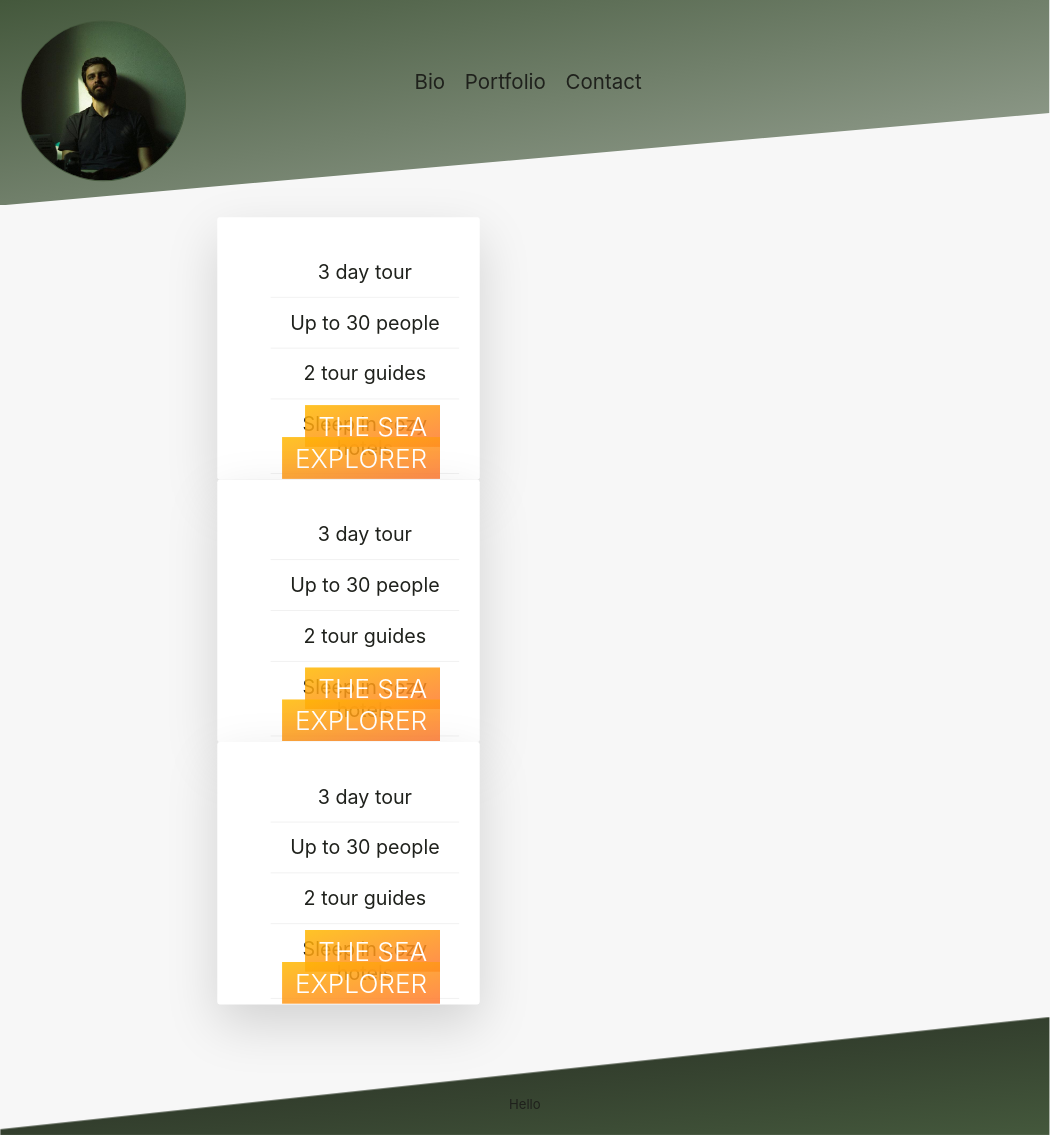
Repository: joeldelatte/react-portfolio
Page: /portfolio (app in client/)
An editor plug-in stored every save of this project. The page is shown before and after the next save, followed by the edit.
The browser window is 1280 px wide. The pictures show the whole page, at 82% of full size.
The project was rebuilt for these pictures with package versions that can differ from the ones it lists, and the page was loaded fresh each time. Also part of the build but not shown: client/src/App.css, client/src/Components/Bio/Bio.js, client/src/Components/Contact/Contact.js.

Above is the page before, as saved 2020-07-10 23:24:40.

### client/public/index.html
<!doctype html>
<html lang="en">
  <head>
    <meta charset="utf-8">
    <meta name="viewport" content="width=device-width, initial-scale=1, shrink-to-fit=no">
    <meta name="theme-color" content="#000000">
    <!--
      manifest.json provides metadata used when your web app is added to the
      homescreen on Android. See https://developers.google.com/web/fundamentals/engage-and-retain/web-app-manifest/
    -->
    <link rel="manifest" href="%PUBLIC_URL%/manifest.json">
    <link rel="shortcut icon" href="%PUBLIC_URL%/favicon.ico">
    <!--
      Notice the use of %PUBLIC_URL% in the tags above.
      It will be replaced with the URL of the `public` folder during the build.
      Only files inside the `public` folder can be referenced from the HTML.

      Unlike "/favicon.ico" or "favicon.ico", "%PUBLIC_URL%/favicon.ico" will
      work correctly both with client-side routing and a non-root public URL.
      Learn how to configure a non-root public URL by running `npm run build`.
    -->
    <title>Joel Delatte</title>
  </head>
  <body>
    <noscript>
      You need to enable JavaScript to run this app.
    </noscript>
    <div id="root"></div>
    <!--
      This HTML file is a template.
      If you open it directly in the browser, you will see an empty page.

      You can add webfonts, meta tags, or analytics to this file.
      The build step will place the bundled scripts into the <body> tag.

      To begin the development, run `npm start` or `yarn start`.
      To create a production bundle, use `npm run build` or `yarn build`.
    -->
  </body>
</html>

### client/src/index.css
body {
  height:100%;
  min-height: 100%;
  margin: 0;
  padding: 0;
  border: 0;
  font-family: -apple-system, BlinkMacSystemFont, 'Segoe UI', 'Roboto', 'Oxygen',
    'Ubuntu', 'Cantarell', 'Fira Sans', 'Droid Sans', 'Helvetica Neue',
    sans-serif;
  -webkit-font-smoothing: antialiased;
  -moz-osx-font-smoothing: grayscale;
  background-color: rgb(247, 247, 247);
  color: rgb(31,33,28);
}

code {
  font-family: source-code-pro, Menlo, Monaco, Consolas, 'Courier New',
    monospace;
}

### client/src/App.js
import React from 'react';
import {BrowserRouter as Router, Route, Switch, Link} from "react-router-dom";
import './App.css';
import Bio from "./Components/Bio/Bio";
import Nav from "./Page/Nav";
import Contact from "./Components/Contact/Contact";
import Portfolio from "./Components/Portfolio/Portfolio";

export default function App() {
  return (
    <>
      <Router>
        <Nav />
        <Switch>
          <Route exact path="/">
            <Bio />
          </Route>
          <Route exact path="/contact">
            <Contact />
          </Route>
          <Route exact path="/portfolio">
            <Portfolio />
          </Route>
        </Switch>
      </Router>
    </>
  );
}

### client/src/Page/Nav.js
import React from "react";
import {BrowserRouter as Router, Route, Switch, Link} from "react-router-dom";
import Avatar from "./Avatar";
import "./Page.css";

function Nav () {
    return (
      <div className="header">
        <Avatar />
        <div className="nav">
          <Link to="/">Bio</Link>
          <Link to="/portfolio">Portfolio</Link>
          <Link to="/contact">Contact</Link>
        </div>
      </div>
    );
};

export default Nav;

### client/src/Components/Portfolio/Portfolio.js
import React from "react";

import Dayplanner from "../Portfolio/images/dayplanner.png";
import NewsPaper from "../Portfolio/images/austin1.jpeg";
import Burger from "../Portfolio/images/burger.jpg"
import Knife from "../Portfolio/images/knife.png"

import './portfolio.css';

export default function Portfolio() {


    return (
      <>
        <div className="portfolio">
          {/* <h1>Here are some of my projects...</h1>
          <div className="projectBox">
            <a
              href="https://rocky-meadow-16617.herokuapp.com/"
              target="_blank"
              rel="noopener noreferrer"
            >
              <img className="projectPhoto" src={Knife}></img>
              <section className="projectLabel">Dinner Party</section>
            </a>
            <p>
              A party planner for home chefs. Post invitations or RSVP to
              parties. Uses MySql, Sequellize ORM, Express.js, React Node.
              <br></br>
              See the github repository{" "}
              <a href="https://github.com/joeldelatte/Poject_3_Dinner_Party">
                here
              </a>
              .
            </p>
          </div>
          <div className="projectBox">
            <a
              href="https://mmoritz8.github.io/Project-1/Joel_art/arts.html"
              target="_blank"
              rel="noopener noreferrer"
            >
              <img className="projectPhoto" src={NewsPaper}></img>
              <section className="projectLabel">Austin Tribune</section>
            </a>
            <p>
              A local news site built in a team environment using jQuery, Node,
              Express.js server and REST APIs.
              <br></br>
              See the github repository{" "}
              <a href="https://github.com/mmoritz8/Project-1">here</a>.
            </p>
          </div>
          <div className="projectBox">
            <a
              href="https://boiling-lowlands-78090.herokuapp.com/"
              target="_blank"
              rel="noopener noreferrer"
            >
              <img className="projectPhoto" src={Burger}></img>
              <section className="projectLabel">Burger-Time</section>
            </a>
            <p>
              A burger logger made with MySQL, a custom ORM, Node, Express, and
              Handlebars.
              <br></br>
              See the github repository{" "}
              <a href="https://github.com/joeldelatte/eat-da-burger">here</a>.
            </p>
          </div>
          <div className="projectBox">
            <a
              href="https://joeldelatte.github.io/day-planner/"
              target="_blank"
              rel="noopener noreferrer"
            >
              <img className="projectPhoto" src={Dayplanner}></img>
              <section className="projectLabel">Day Planner</section>
            </a>
            <p>
              Simple work-day planner application. Uses HTML, CSS, jQuery and
              the browser's local storage.
              <br></br>
              See the github repository{" "}
              <a href="https://github.com/joeldelatte/day-planner">here</a>.
            </p>
          </div> */}
          <div class="card">
            <div class="card__side card__side--front">
              <div class="card__picture card__picture--1">&nbsp;</div>
              <h4 class="card__heading">
                <span class="card__heading-span card__heading-span--1">
                  The Sea Explorer
                </span>
              </h4>
              <div class="card__details">
                <ul>
                  <li>3 day tour</li>
                  <li>Up to 30 people</li>
                  <li>2 tour guides</li>
                  <li>Sleep in cozy hotels</li>
                  <li>Easy tour</li>
                </ul>
              </div>
            </div>
            <div class="card__side card__side--back card__side--back-1">
              <div class="card__cta">
                <div class="card__price-box">
                  <p class="card__price-only">Only</p>
                  <p class="card__price-value">$297</p>
                </div>
                <a href="#" class="btn btn--white">
                  Book now!
                </a>
              </div>
            </div>
          </div>
          <div class="card">
            <div class="card__side card__side--front">
              <div class="card__picture card__picture--1">&nbsp;</div>
              <h4 class="card__heading">
                <span class="card__heading-span card__heading-span--1">
                  The Sea Explorer
                </span>
              </h4>
              <div class="card__details">
                <ul>
                  <li>3 day tour</li>
                  <li>Up to 30 people</li>
                  <li>2 tour guides</li>
                  <li>Sleep in cozy hotels</li>
                  <li>Easy tour</li>
                </ul>
              </div>
            </div>
            <div class="card__side card__side--back card__side--back-1">
              <div class="card__cta">
                <div class="card__price-box">
                  <p class="card__price-only">Only</p>
                  <p class="card__price-value">$297</p>
                </div>
                <a href="#" class="btn btn--white">
                  Book now!
                </a>
              </div>
            </div>
          </div>
          <div class="card">
            <div class="card__side card__side--front">
              <div class="card__picture card__picture--1">&nbsp;</div>
              <h4 class="card__heading">
                <span class="card__heading-span card__heading-span--1">
                  The Sea Explorer
                </span>
              </h4>
              <div class="card__details">
                <ul>
                  <li>3 day tour</li>
                  <li>Up to 30 people</li>
                  <li>2 tour guides</li>
                  <li>Sleep in cozy hotels</li>
                  <li>Easy tour</li>
                </ul>
              </div>
            </div>
            <div class="card__side card__side--back card__side--back-1">
              <div class="card__cta">
                <div class="card__price-box">
                  <p class="card__price-only">Only</p>
                  <p class="card__price-value">$297</p>
                </div>
                <a href="#" class="btn btn--white">
                  Book now!
                </a>
              </div>
            </div>
          </div>
        </div>
        <footer>Hello</footer>
      </>
    );
}

### client/src/Components/Bio/bio.css
.container {
    position: relative;
}

.bio {
    min-height: 100%;
    padding: 15px;
    max-width: 50%;
    margin: 0 auto;
    text-align: center;
    padding-bottom: -5rem;
}

.bio p {
    text-align: center;
}

footer {
  height: 3rem;
  padding-top: 6rem;
  /* background-color: rgb(68,88,60); */
  background-image: linear-gradient(to right bottom, rgba(31,33,28, 1), rgba(68,88,60, 0.501));
  -webkit-clip-path: polygon(0 95%, 100% 0, 100% 100%, 0 100%);
  clip-path: polygon(0 95%, 100% 0, 100% 100%, 0 100%);
  text-align: center;
}


    @media only screen and (max-width: 768px) {
        .viewContainer {
            margin-left: 110px;
        }
    }

### client/src/Page/Avatar.js
import React from "react";
import Portrait from "./images/joel_d.png"
import "./Page.css";

function Avatar () {

    return (
      <div>
          <img src={Portrait} alt="avatar"  className="avatar" />
      </div>
    );
};

export default Avatar;

### client/src/Page/Page.css
.header {
  height: 38%;
  background-image: linear-gradient(to right bottom, rgba(68,88,60, 1), rgba(68,88,60, 0.501));
  background-size: cover;
  background-position: top;
  position: relative;
  -webkit-clip-path: polygon(0 0, 100% 0, 100% 55%, 0 100%);
  clip-path: polygon(0 0, 100% 0, 100% 55%, 0 100%);
  position: relative;
}

  .avatar {
    border: 1px solid;
    border-color: rgb(68,88,60);
    display: inline;
    max-width: 200px;
    max-height: 200px;
    border-radius: 100%;
    margin: 25px;
    }

.nav {
    position: absolute;
    top: 40%;
    left: 50%;
    transform: translate(-50%, -50%);
    text-align: center;
}

.nav a {
    padding: 6px 8px 6px 16px;
    text-decoration: none;
    font-size: 25px;
    color: rgb(31,33,28);
    display: inline;
    text-align: center;
  }

.nav a:hover {
    color: #f1f1f1;
}

### client/src/Components/Contact/contact.css
.container {
  position: relative;
}
.contact {
    min-height: 100%;
    padding: 15px;
    max-width: 50%;
    margin: 0 auto;
    text-align: center;
    padding-bottom: -5rem;
}

.contact a {
  padding: 6px 8px 6px 16px;
  text-decoration: underline;
  font-size: 18px;
  color: black;
  display: block;
}

.contact a:hover {
  color: #818181;
}

.email-address {
  padding: 6px 8px 6px 16px;
  font-size: 18px;
}

input[type=text], select {
    width: 100%;
    padding: 12px 20px;
    margin: 8px 0;
    display: inline-block;
    border: 1px solid #ccc;
    border-radius: 4px;
    box-sizing: border-box;
  }

  input[type=submit] {
    width: 15%;
    background-color: #4CAF50;
    color: white;
    padding: 14px 20px;
    margin: 8px 0;
    border: none;
    border-radius: 4px;
    cursor: pointer;
  }

  input[type=submit]:hover {
    background-color: #45a049;
  }

textarea {
    width: 100%;
    height: 150px;
    margin: 8px 0;
    padding: 12px 20px;
    box-sizing: border-box;
    border: 1px solid #ccc;
    border-radius: 4px;
    resize: none;
  }

  footer {
    height: 3rem;
    padding-top: 6rem;
    background-color: rgb(68,88,60);
    background-image: linear-gradient(to right bottom, rgba(31,33,28, 0.901), rgba(68,88,60, 0.601));
    -webkit-clip-path: polygon(0 95%, 100% 0, 100% 100%, 0 100%);
    clip-path: polygon(0 95%, 100% 0, 100% 100%, 0 100%);
    text-align: center;
  }

  @media only screen and (max-width: 768px) {
    .contact {
      margin-left: 110px;
    }
  }

### client/src/Components/Portfolio/portfolio.css
.portfolio {
    margin-left: 250px;
    padding: 15px;
}

.portfolio h1 {
    margin-left: 20px;
}

.projectBox {
    width: 200px;
    height: 200px;
    /* float: left; */
    /* position: relative; */
    text-align: center;
    margin: 20px;
}

.projectText {
    width: 200px;
    height: 200px;
    /* float: left; */
    /* position: relative; */
    text-align: center;
    margin-top: 20px;
}

.projectLabel {
    color: #818181;
    text-align: center;
    font-size: large;
    background-color: #aed6f1;
    width: 200px;
    height: 30px;
    padding: 4;
    /* position: absolute;
    top: 80%;
    left: 50%; */
    transform: translate(-50%, -50%);

}

.projectPhoto {
    width: 200px;
    height: 200px;
    /* float: left;
    position: relative; */
    text-align: center;
}

.move {
    padding-left: 45px;
    box-sizing: content-box;
}

footer {
    height: 3rem;
    padding-top: 6rem;
    background-color: rgb(68,88,60);
    background-image: linear-gradient(to right bottom, rgba(31,33,28, 0.901), rgba(68,88,60, 0.601));
    -webkit-clip-path: polygon(0 95%, 100% 0, 100% 100%, 0 100%);
    clip-path: polygon(0 95%, 100% 0, 100% 100%, 0 100%);
    text-align: center;
  }

/* @media only screen and (max-width: 768px) {
    .move {
        padding-left: 130px;
        box-sizing: content-box;
    }
    .portfolio {
        margin-left: 110px;
    }

    .portfolio h1 {
        margin-left: 20px;
    }

    .projectBox {
        width: 200px;
        height: 200px;
        float: left;
        position: relative;
        text-align: center;
        margin: 20px 20px 150px 20px;

    }


}  */

/* .feature-box {
  background-color: rgba(255, 255, 255, 0.8);
  font-size: 1.5rem;
  padding: 2.5rem;
  text-align: center;
  border-radius: 3px;
  box-shadow: 0 1.5rem 4rem rgba(0, 0, 0, 0.15);
  transition: transform .3s; } */

  .card {
  /* perspective: 150rem;
  -moz-perspective: 150rem; */
  position: relative;
  height: 20rem;
  width: 20rem;
 }
  .card__side {
    height: 20rem;
    /* width: 20rem; */
    transition: all .8s ease;
    position: absolute;
    top: 0;
    left: 0;
    width: 100%;
    backface-visibility: hidden;
    border-radius: 3px;
    overflow: hidden;
    box-shadow: 0 1.5rem 4rem rgba(0, 0, 0, 0.15); }
    .card__side--front {
      background-color: #ffffff; }
    .card__side--back {
      transform: rotateY(180deg); }
      .card__side--back-1 {
        background-image: linear-gradient(to right bottom, #ffb900, #ff7730); }

  .card:hover .card__side--front {
    transform: rotateY(-180deg); }
  .card:hover .card__side--back {
    transform: rotateY(0); }
  /* .card__picture {
    background-size: cover;
    height: 23rem;
    background-blend-mode: screen;
    -webkit-clip-path: polygon(0 0, 100% 0, 100% 85%, 0 100%);
    clip-path: polygon(0 0, 100% 0, 100% 85%, 0 100%);
    border-top-left-radius: 3px;
    border-top-right-radius: 3px; }
    .card__picture--1 {
      background-image: linear-gradient(to right bottom, #ffb900, #ff7730) } */
    .card__heading {
    font-size: 2rem;
    font-weight: 300;
    text-transform: uppercase;
    text-align: right;
    color: #ffffff;
    position: absolute;
    top: 12rem;
    left: 2rem;
    width: 75%; }
  .card__heading-span {
    padding: .4rem 1rem;
    -webkit-box-decoration-break: clone;
    box-decoration-break: clone; }
    .card__heading-span--1 {
      background-image: linear-gradient(to right bottom, rgba(255, 185, 0, 0.85), rgba(255, 119, 48, 0.85)); }
    .card__details {
    padding: 1rem; }
    .card__details ul {
      list-style: none;
      width: 80%;
      margin: 0 auto; }
      .card__details ul li {
        text-align: center;
        font-size: 1.5rem;
        padding: 1rem; }
        .card__details ul li:not(:last-child) {
          border-bottom: 1px solid #eee; }
  .card__cta {
    position: absolute;
    top: 50%;
    left: 50%;
    transform: translate(-50%, -50%);
    width: 90%;
    text-align: center; }
  .card__price-box {
    text-align: center;
    color: #ffffff;
    margin-bottom: 8rem; }
  .card__price-only {
    font-size: 1.4rem;
    text-transform: uppercase; }
  .card__price-value {
    font-size: 3rem;
    font-weight: 100; }

Loaded but not shown: client/src/index.js (common file); client/src/serviceWorker.js (common file)

After the next save:
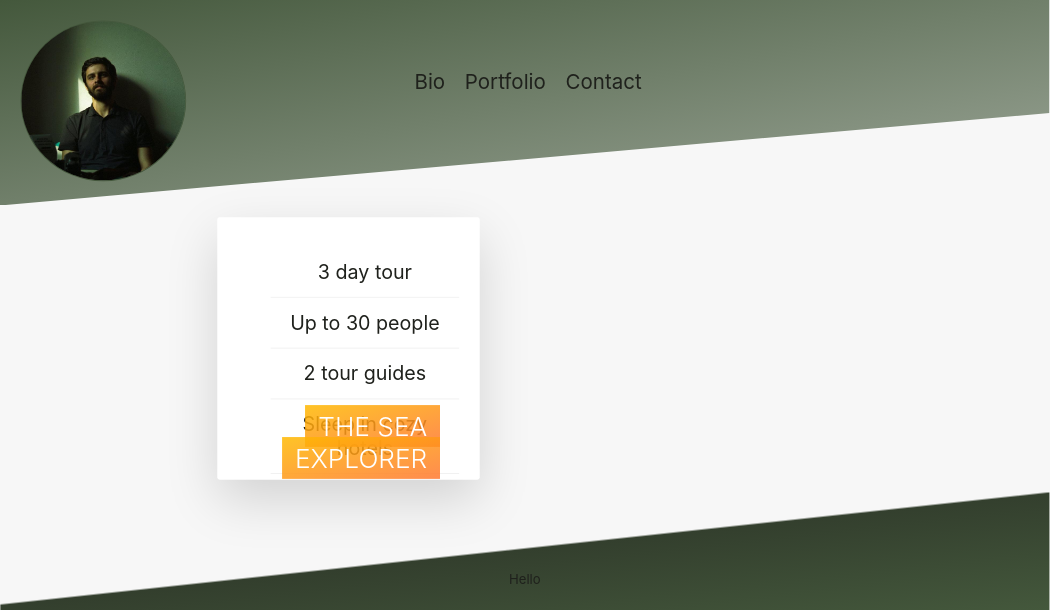
Saved 98 s later.
--- a/client/src/Components/Portfolio/Portfolio.js
+++ b/client/src/Components/Portfolio/Portfolio.js
@@ -115,66 +115,6 @@ export default function Portfolio() {
               </div>
             </div>
           </div>
-          <div class="card">
-            <div class="card__side card__side--front">
-              <div class="card__picture card__picture--1">&nbsp;</div>
-              <h4 class="card__heading">
-                <span class="card__heading-span card__heading-span--1">
-                  The Sea Explorer
-                </span>
-              </h4>
-              <div class="card__details">
-                <ul>
-                  <li>3 day tour</li>
-                  <li>Up to 30 people</li>
-                  <li>2 tour guides</li>
-                  <li>Sleep in cozy hotels</li>
-                  <li>Easy tour</li>
-                </ul>
-              </div>
-            </div>
-            <div class="card__side card__side--back card__side--back-1">
-              <div class="card__cta">
-                <div class="card__price-box">
-                  <p class="card__price-only">Only</p>
-                  <p class="card__price-value">$297</p>
-                </div>
-                <a href="#" class="btn btn--white">
-                  Book now!
-                </a>
-              </div>
-            </div>
-          </div>
-          <div class="card">
-            <div class="card__side card__side--front">
-              <div class="card__picture card__picture--1">&nbsp;</div>
-              <h4 class="card__heading">
-                <span class="card__heading-span card__heading-span--1">
-                  The Sea Explorer
-                </span>
-              </h4>
-              <div class="card__details">
-                <ul>
-                  <li>3 day tour</li>
-                  <li>Up to 30 people</li>
-                  <li>2 tour guides</li>
-                  <li>Sleep in cozy hotels</li>
-                  <li>Easy tour</li>
-                </ul>
-              </div>
-            </div>
-            <div class="card__side card__side--back card__side--back-1">
-              <div class="card__cta">
-                <div class="card__price-box">
-                  <p class="card__price-only">Only</p>
-                  <p class="card__price-value">$297</p>
-                </div>
-                <a href="#" class="btn btn--white">
-                  Book now!
-                </a>
-              </div>
-            </div>
-          </div>
         </div>
         <footer>Hello</footer>
       </>
